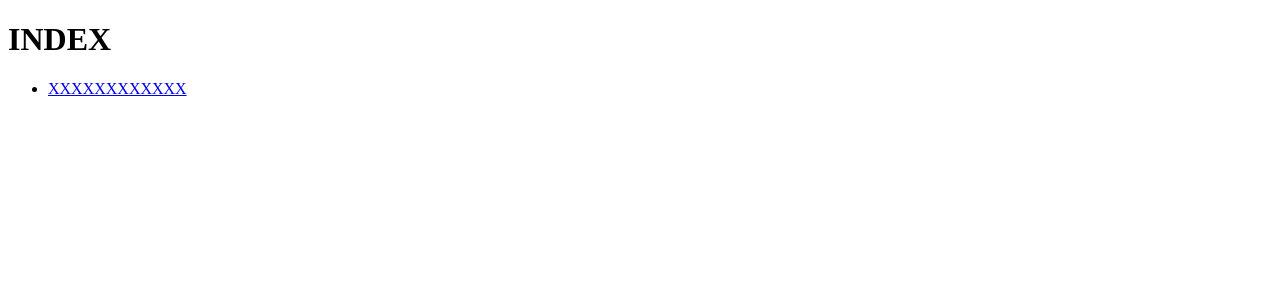
Repository: ThomasMTNB/EclipseJSP-JEE-JSTL
Page: http://localhost/JEEProjetBiblioTP/
An editor plug-in stored every save of this project. The page is shown before and after the next save, followed by the edit.
The browser window is 1280 px wide. The pictures show the whole page.
The page is served by Tomcat 9.

Above is the page before, as saved 2022-06-29 14:11:15.

After the next save:
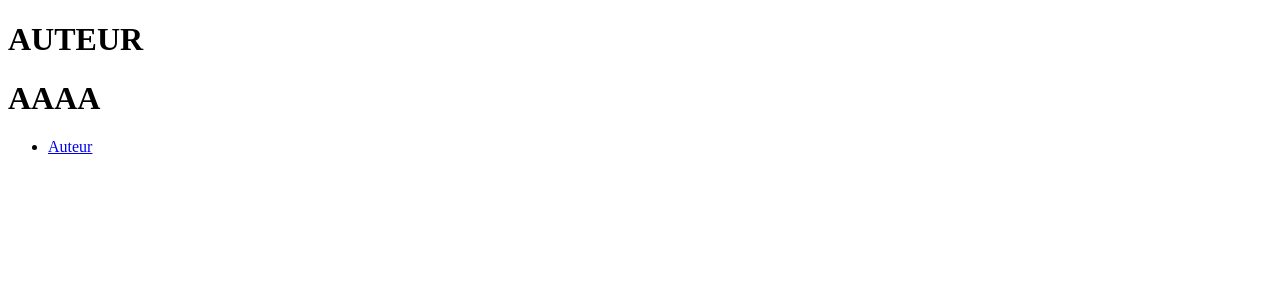
Saved 4 min 29 s later.
--- a/JEEProjetBiblioTP/src/main/webapp/index.jsp
+++ b/JEEProjetBiblioTP/src/main/webapp/index.jsp
@@ -14,11 +14,10 @@
 
 <body>
 
-<h1>INDEX</h1>
-		<ul>
-			<li><a href = "http://localhost:8080/JEEProjetBiblioTP/menu.jsp"> XXXXXXXXXXXX </a></li>
+<h1> AUTEUR</h1>
 
-		</ul>
+<c:import url="/WEB-INF/menu.jsp" />
+
 
 </body>
 </html>
